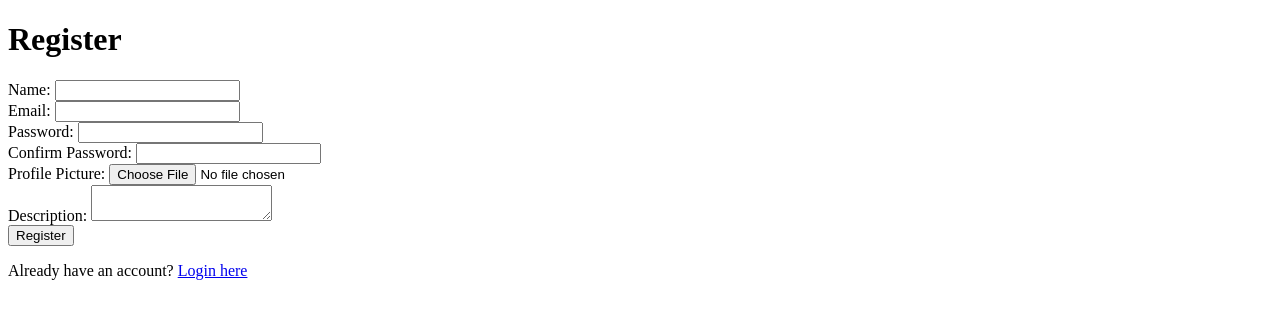
Repository: daffa-alif/team-kobar
Page: http://localhost/register
These files come from the project's save history. The page is drawn as it stood at one moment and after the next save; the edit follows.
The browser window is 1280 px wide. The pictures show the whole page.
The page is served by the project's Laravel application, run on PHP 8.4 with Laravel 12.

Above is the page before, as saved 2024-11-04 20:04:27.

After the next save:
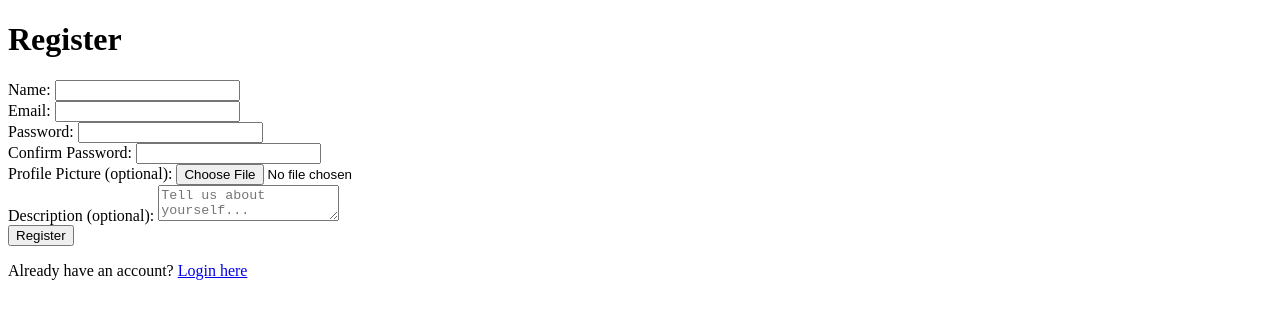
Saved 2 min 22 s later.
--- a/resources/views/Auth/register.blade.php
+++ b/resources/views/Auth/register.blade.php
@@ -24,12 +24,12 @@
             <input type="password" name="password_confirmation" required>
         </div>
         <div>
-            <label>Profile Picture:</label>
+            <label>Profile Picture (optional):</label>
             <input type="file" name="profile_picture" accept="image/*">
         </div>
         <div>
-            <label>Description:</label>
-            <textarea name="description"></textarea>
+            <label>Description (optional):</label>
+            <textarea name="description" placeholder="Tell us about yourself..."></textarea>
         </div>
         <button type="submit">Register</button>
     </form>
